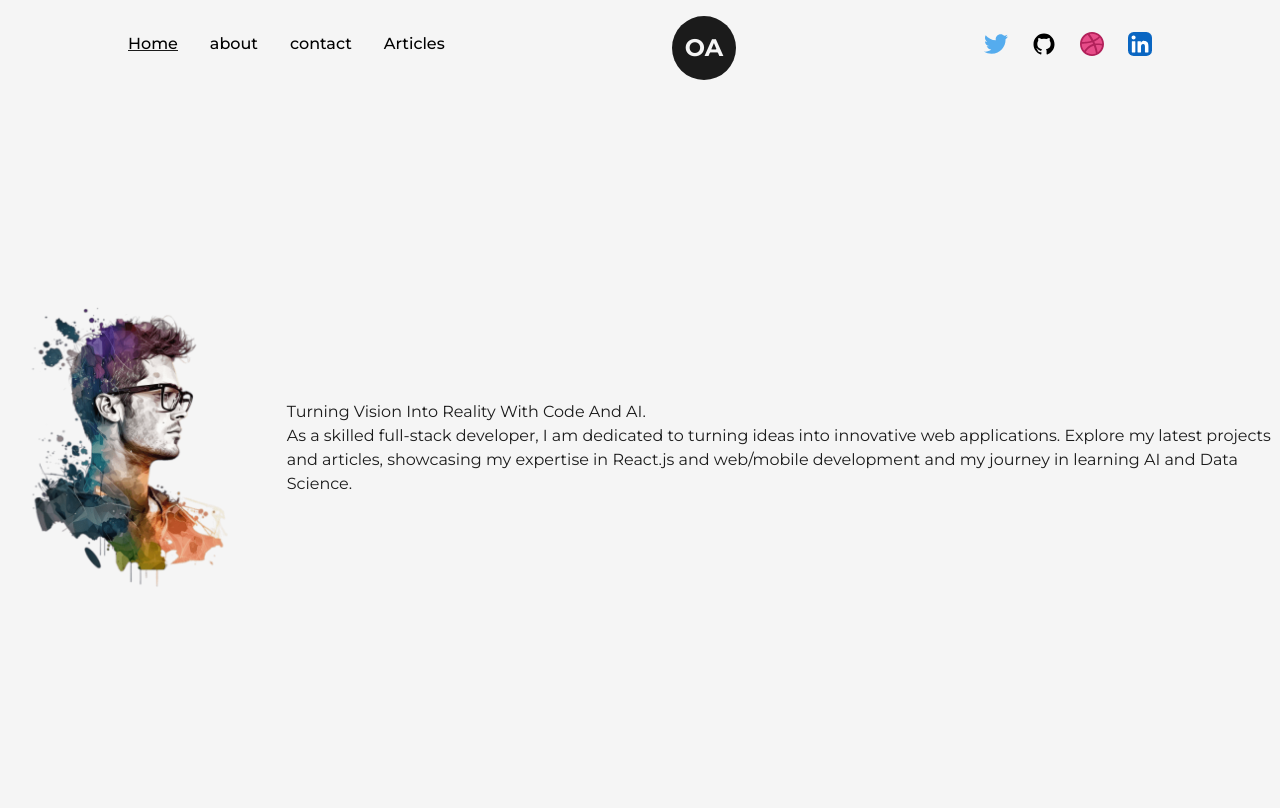
Repository: OussamaAbderraoufAttia/Next.js-Developer-Portfolio
Page: /
An editor plug-in stored every save of this project. The page is shown before and after the next save, followed by the edit.
The browser window is 1280 px wide. The pictures show the whole page.
The project was rebuilt for these pictures with package versions that can differ from the ones it lists, and the page was loaded fresh each time. The framework's server and built-in components were replaced by stand-ins that run in the browser. Also part of the build but not shown: next.config.js.

Above is the page before, as saved 2023-06-24 23:23:35.

### src/pages/_app.js
import NavBar from '@/components/NavBar'
import '@/styles/globals.css'
import { Montserrat } from 'next/font/google'
import Head from 'next/head'


const montserrat = Montserrat({
  subsets: ['latin'],
  variable: "--font-mont"
})
export default function App({ Component, pageProps }) {
  return (
    <>
    <Head>
      <meta name="viewport" content="width=device-width, initial-scale=1" />
      <link rel="icon" href="/favicon.ico" />
    </Head>
    <main className={`${montserrat.variable} font-mont bg-light w-full min-h-screen`}>
      <NavBar />
      <Component {...pageProps} />
    </main>
    </>
  )
}

### src/pages/index.js
import Head from 'next/head';
import Layout from '@/components/Layout';
import AnimatedText from '@/components/AnimatedText';
import Image from 'next/image';
import developerPic from '../../public/images/profile/developer-pic-1.png';

export default function Home() {
  return (
    <>
      <Head>
        <title>Oussama Abderraouf ATTIA</title>
        <meta name="description" content="Oussama Abderraouf ATTIA, 2CP student at ESI Algiers" />
      </Head>
      <main className="flex items-center text-dark w-full min-h-screen">
        <Layout>
          <div className="flex  items-center justify-between w-full">
            <div className=''>
              <Image src={developerPic} alt="Oussama Abderraouf ATTIA" className="w-full h-auto" />
            </div>
            <div>
              <h1 className='w-1/2'>
              Turning Vision Into Reality With Code And AI.
              </h1>
              <AnimatedText />
              <p>
              As a skilled full-stack developer, I am dedicated to turning ideas into innovative web applications.
              Explore my latest projects and articles, showcasing my expertise in React.js and web/mobile development and my journey in learning AI and Data Science.
              </p>
            </div>
          </div>
        </Layout>
      </main>
    </>
  );
}

### src/components/NavBar.js
import Link from "next/link";
import React from "react";
import { useRouter } from "next/router";
import Logo from "./Logo";
import   { TwitterIcon, DribbbleIcon, GithubIcon, LinkedInIcon, PinterestIcon } from "./Icons";
import { motion } from "framer-motion";

const CustomLink = ({ href, title, className="" }) => {
    const router = useRouter();
    return (
        <Link href={href} className= {`${className} relative group `}>
            {title }
            <span className={`h-[1px] inline-block bg-dark absolute left-0 bottom-0.5 group-hover:w-full
            transiion-[width] ease duration-300 ${router.asPath === href ? "w-full" : "w-0" }
            `}> &nbsp; </span>
        </Link>
    )
}


const NavBar = () => {
    return (
        <header className="w-full px-32 py-8 font-medium flex items-center justify-between">
            <nav>
                <CustomLink href="/"  title="Home" className="mr-4"/>
                <CustomLink href="/about" title="about" className="mx-4"/>
                <CustomLink href="/contact"  title="contact" className="mx-4"/>
                <CustomLink href="/Articles"  title="Articles" className="ml-4"/>
            </nav>

            <nav className="flex item-center justify-center flex-wrap">
                <motion.a href="https://twitter.com/oussamaattia245" target={"_blank"}
                whileHover={{ y:-5  }}
                whileTap={{ scale: 0.9 }}
                className="w-6 mx-3"
                >
                    <TwitterIcon />
                 </motion.a>
                <motion.a href="https://github.com/OussamaAbderraoufAttia" target={"_blank"}
                whileHover={{ y:-5  }} whileTap={{ scale: 0.9 }}
                className="w-6 mx-3"
                > <GithubIcon /> </motion.a>
                <motion.a href="https://dribbble.com/JohnLoyd" target={"_blank"}
                whileHover={{ y:-5  }} whileTap={{ scale: 0.9 }}
                className="w-6 mx-3"
                > <DribbbleIcon /> </motion.a>
                <motion.a href="https://www.linkedin.com/in/oussama-abderraouf-attia-494b32225/" target={"_blank"}
                whileHover={{ y:-5  }} whileTap={{ scale: 0.9 }}
                className="w-6 ml-3"
                > <LinkedInIcon /> </motion.a>

            </nav>
            <div className="absolute left-[50%] top-2    translate-x-[50%]">
                 <Logo />
            </div>
        </header>
    )
}

export default NavBar;

### src/components/Layout.js
import React from 'react';

const Layout = ({ children, className = "" }) => {
  return (
    <div className={` w-full h-full inline-block z-0 bg-light ${className}`}>
      {children}
    </div>
  );
};

export default Layout;

### src/components/AnimatedText.js
import React from 'react'

const AnimatedText = ({text, className=""}) => {
  return (
    <div>

    </div>
  )
}

export default AnimatedText

### src/components/Logo.js
import React from "react";
import Link from "next/link";
import { motion } from "framer-motion";



const MotionLink = motion(Link);
const Logo = () => {
  return (
    <div className="flex items-center justify-center mt-2">
      <MotionLink
        href="/"
        className="w-16 h-16 bg-dark text-light flex items-center justify-center rounded-full font-bold text-2xl"
        whileHover={{
            backgroundColor:["#121212", "rgba(131,58,180,1)","rgba(253,29,29,1)","rgba(252,176,69,1)","rgba(131,58,180,1)", "#121212"],
          transition: {
            duration: 1,
            repeat: Infinity,
          },
        }}
      >
        OA
      </MotionLink>
    </div>
  );
};

export default Logo;

### tailwind.config.js
/** @type {import('tailwindcss').Config} */
const {fontFamily} = require('tailwindcss/defaultTheme')

module.exports = {
  content: [
    // Or if using `src` directory:
    "./src/**/*.{js,ts,jsx,tsx,mdx}",
  ],
  theme: {
    extend: {
      fontFamily: {
        mont: ['var(--font-mont)', 'sans-serif'],
      },
        colors: {
          dark: "#1b1b1b",
          light: "#f5f5f5",
          primary: "#B63E96", // 240,86,199
          primaryDark: "#58E6D9", // 80,230,217
      },
    },
  },
  plugins: [],
}

Loaded but not shown: src/pages/_document.js (common file); src/styles/globals.css (common file); src/components/Icons.js (483 lines, source omitted)

After the next save:
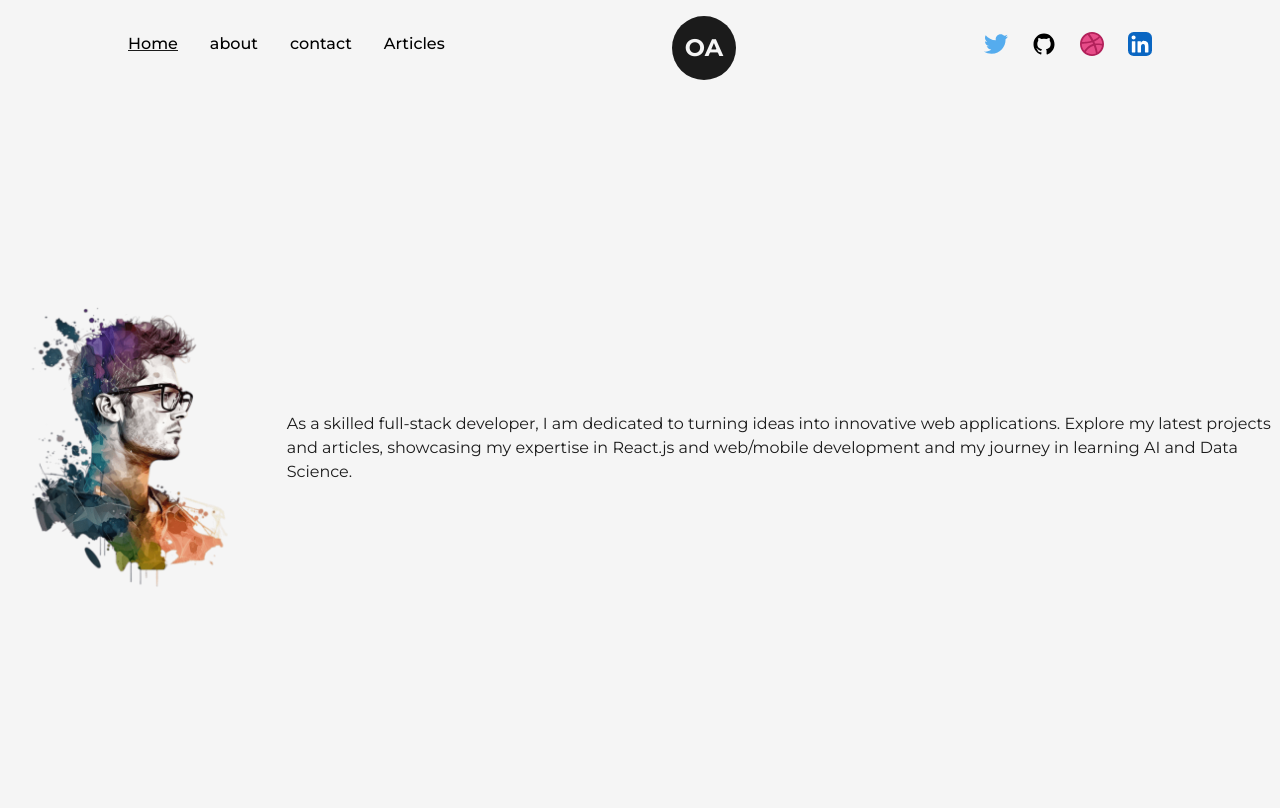
Saved 30 s later.
--- a/src/pages/index.js
+++ b/src/pages/index.js
@@ -19,9 +19,9 @@
             </div>
             <div>
               <h1 className='w-1/2'>
-              Turning Vision Into Reality With Code And AI.
+
               </h1>
-              <AnimatedText />
+              <AnimatedText text=" Turning Vision Into Reality With Code And AI."/>
               <p>
               As a skilled full-stack developer, I am dedicated to turning ideas into innovative web applications.
               Explore my latest projects and articles, showcasing my expertise in React.js and web/mobile development and my journey in learning AI and Data Science.
